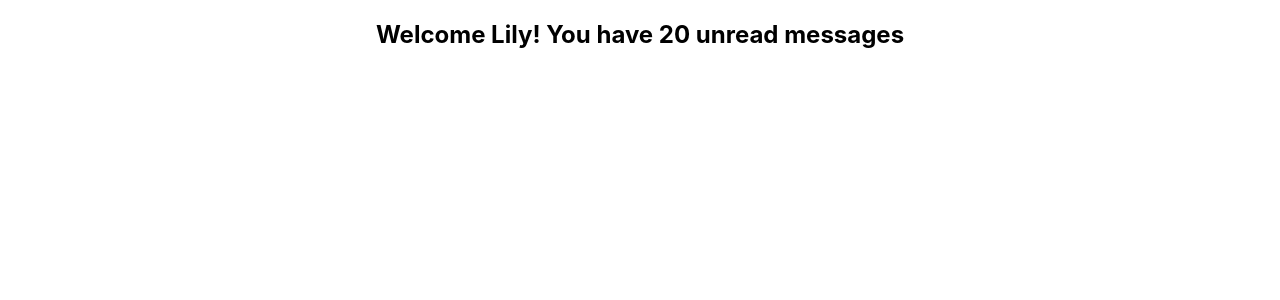
Repository: sinchana-P/react-typescript-demo
Page: /
An editor plug-in stored every save of this project. The page is shown before and after a run of saves, followed by the edit.
The browser window is 1280 px wide. The pictures show the whole page.
The project was rebuilt for these pictures with package versions that can differ from the ones it lists, and the page was loaded fresh each time.

Above is the page before, as saved 2023-12-02 18:12:00.

### src/App.tsx
import './App.css';
import { Greet } from './components/Greet';

// Type Inference: hover on App Component: to see the return type of App Component.
function App() {
  return (
    <div className="App">
      <Greet name="Lily" messageCount={20} isLoggedIn={ true } />
    </div>
  );
}

export default App;

### src/components/Greet.tsx
import React from 'react'

type GreetProps = {
    name: string
  messageCount: number
    isLoggedIn: boolean
}

export const Greet = (props: GreetProps) => {
  return (
    <h2>
      {
        props.isLoggedIn
          ? `Welcome ${props.name}! You have ${props.messageCount} unread messages`
          : `Welcome Guest`
      }

    </h2>
  )
}

// export default Greet


// 2 benefits
// 1. Autocompletion of properties suggestion
// 2. Type Safety

// Types vs Interfaces
// 1. use Types- Application
// 2. inter - Libraries

### src/components/Person.tsx
import React from 'react'

const Person = () => {
  return (
    <div>Sinch Lily</div>
  )
}

export default Person

Loaded but not shown: public/index.html (common file); src/index.tsx (common file); src/index.css (common file); src/reportWebVitals.ts (common file); src/App.css (common file)

After the next 4 saves:
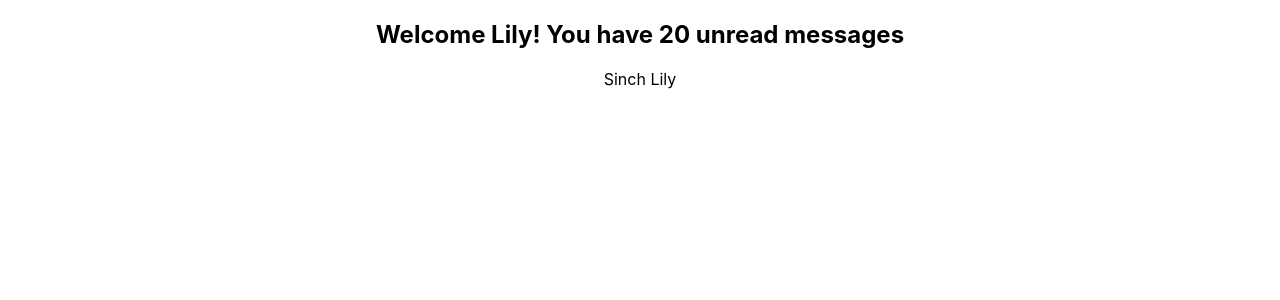
The 4 saves are shown as one change because they came seconds apart.
The last was saved 16 s later.
--- a/src/App.tsx
+++ b/src/App.tsx
@@ -1,11 +1,13 @@
 import './App.css';
 import { Greet } from './components/Greet';
+import Person from './components/Person';
 
 // Type Inference: hover on App Component: to see the return type of App Component.
 function App() {
   return (
     <div className="App">
       <Greet name="Lily" messageCount={20} isLoggedIn={ true } />
+      <Person />
     </div>
   );
 }
